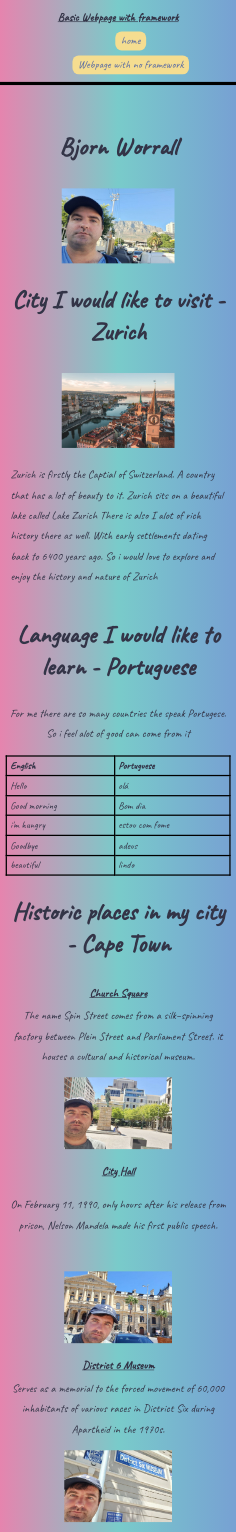
Repository: lasity34/basic-webpage
Page: my - webpage - grid.html
An editor plug-in stored every save of this project. The page is shown before and after the next save, followed by the edit.
The browser window is 375 px wide. The pictures show the whole page, at 63% of full size.

Above is the page before, as saved 2023-03-09 14:32:05.

### my - webpage - grid.html
<!DOCTYPE html>
<html lang="en">
  <link rel="stylesheet" type="text/css" href="simple-grid.css" />
  <!-- <link rel="stylesheet" type="text/css" href="styles.css" /> -->
  <link rel="preconnect" href="https://fonts.googleapis.com" />
  <link rel="preconnect" href="https://fonts.gstatic.com" crossorigin />
  <link
    href="https://fonts.googleapis.com/css2?family=Caveat&display=swap"
    rel="stylesheet"
  />

  <head>
    <meta charset="UTF-8" />
    <meta http-equiv="X-UA-Compatible" content="IE=edge" />
    <meta name="viewport" content="width=device-width, initial-scale=1.0" />
    <title>Bjorns Profile Reponsive</title>
  </head>
  <body>
    <header>
      <nav id="nav_profile">
        <h4>Basic Webpage with framework</h4>
        <ul>
          <li><a href="./index.html">home</a></li>
          <li><a href="./my - webpage.html">Webpage with no framework</a></li>
        </ul>
      </nav>
    </header>
    <main>
      <div class="container">
        <section class="row profile_section">
          <div class="col-6">
            <h1 id="profile_name">Bjorn Worrall</h1>
          </div>
          <img
            class="col-5 "
            id="profile_img"
            src="./images/profile.jpg"
            alt="A picture of me with table Mountain at the back"
          />
        </section>
        <section class="row">
          <h1>City I would like to visit - Zurich</h1>
          <div id="city_container">
            <img src="./images/zurich.jpg" class="col-5" />
            <p class="col-5">
              Zurich is firstly the Captial of Switzerland. A country that has a
              lot of beauty to it. Zurich sits on a beautiful lake called Lake
              Zurich There is also I alot of rich history there as well. With
              early settlements dating back to 6400 years ago. So i would love
              to explore and enjoy the history and nature of Zurich
            </p>
          </div>
        </section>
        <section id="language">
          <h1>Language I would like to learn - Portuguese</h1>
          <p>
            For me there are so many countries the speak Portugese. So i feel
            alot of good can come from it
          </p>

          <table>
            <tr>
              <th>English</th>
              <th>Portuguese</th>
            </tr>
            <tr>
              <td>Hello</td>
              <td>olá</td>
            </tr>
            <tr>
              <td>Good morning</td>
              <td>Bom dia</td>
            </tr>
            <tr>
              <td>i'm hungry</td>
              <td>estou com fome</td>
            </tr>
            <tr>
              <td>Goodbye</td>
              <td>adeus</td>
            </tr>
            <tr>
              <td>beautiful</td>
              <td>lindo</td>
            </tr>
          </table>
        </section>

        <!-- historic places -->

        <section class="row">
          <h1>Historic places in my city - Cape Town</h1>
          <div class="col-4">
            <h4>Church Square</h4>
            <div class="align">
              <p class="col-6-sm col-6">
                The name Spin Street comes from a silk–spinning factory between
                Plein Street and Parliament Street. it houses a cultural and
                historical museum.
              </p>
              <img class="col-6-sm col-6" src="./images/church_square.jpg" />
            </div>
          </div>
          <div class="col-4">
            <h4>City Hall</h4>
            <div class="align">
              <img class="col-6-sm col-6" src="./images/city_hall.jpg" />
              <div class="col-6-sm col-6" id="places_info_hall">
                <p>
                  On February 11, 1990, only hours after his release from
                  prison, Nelson Mandela made his first public speech.
                </p>
              </div>
            </div>
          </div>
          <div class="col-4">
            <h4>District 6 Museum</h4>
            <div class="align">
              <p class="col-6-sm col-6">
                Serves as a memorial to the forced movement of 60,000
                inhabitants of various races in District Six during Apartheid in
                the 1970s.
              </p>
              <img class="col-6-sm col-6" src="./images/district_6.jpg" />
            </div>
          </div>
        </section>
      </div>
    </main>
  </body>
</html>

### simple-grid.css
/**
*** SIMPLE GRID
*** (C) ZACH COLE 2016
**/

@import url(https://fonts.googleapis.com/css?family=Lato:400,300,300italic,400italic,700,700italic);

/* UNIVERSAL */

html,
body {
  height: 100%;
  width: 100%;
  margin: 0;
  padding: 0;
  left: 0;
  top: 0;
  font-size: 100%;
  background: #77a1d3; /* fallback for old browsers */
  background: -webkit-linear-gradient(
    to right,
    #e684ae,
    #79cbca,
    #77a1d3
  ); /* Chrome 10-25, Safari 5.1-6 */
  background: linear-gradient(
    to right,
    #e684ae,
    #79cbca,
    #77a1d3
  ); /* W3C, IE 10+/ Edge, Firefox 16+, Chrome 26+, Opera 12+, Safari 7+ */
}

/* ROOT FONT STYLES */

/* TYPOGRAPHY */

h1 {
  font-size: 2.5rem;
}

h2 {
  font-size: 2rem;
}

h3 {
  font-size: 1.375rem;
}

h4 {
  font-size: 1.125rem;
  text-align: left;
  margin: 0;
  text-decoration: underline;
}

h5 {
  font-size: 1rem;
}

h6 {
  font-size: 0.875rem;
}

p {
  font-size: 1.125rem;
  font-weight: 200;
  line-height: 1.8;
}

.font-light {
  font-weight: 300;
}

.font-regular {
  font-weight: 400;
}

.font-heavy {
  font-weight: 700;
}

/* POSITIONING */

.left {
  text-align: left;
}

.right {
  text-align: right;
}

.center {
  text-align: center;
  margin-left: auto;
  margin-right: auto;
}

.justify {
  text-align: justify;
}

/* ==== GRID SYSTEM ==== */

.container {
  width: 100%;
  margin-left: auto;
  margin-right: auto;
}

.row {
  position: relative;
  width: 100%;
}

.row [class^="col"] {
  float: left;
  margin: 0.5em 2%;
  min-height: 0.125rem;
}

.history_height {
  height: 30vh;
}

.col-1,
.col-2,
.col-3,
.col-4,
.col-5,
.col-6,
.col-7,
.col-8,
.col-9,
.col-10,
.col-11,
.col-12 {
  width: 96%;
}

.col-1-sm {
  width: 4.33%;
}

.col-2-sm {
  width: 12.66%;
}

.col-3-sm {
  width: 21%;
}

.col-4-sm {
  width: 29.33%;
}

.col-5-sm {
  width: 37.66%;
}

.col-6-sm {
  width: 46%;
}

.col-7-sm {
  width: 54.33%;
}

.col-8-sm {
  width: 62.66%;
}

.col-9-sm {
  width: 71%;
}

.col-10-sm {
  width: 79.33%;
}

.col-11-sm {
  width: 87.66%;
}

.col-12-sm {
  width: 96%;
}

.row::after {
  content: "";
  display: table;
  clear: both;
}

.hidden-sm {
  display: none;
}

@media only screen and (min-width: 45em) {
  /* 720px */
  .col-1 {
    width: 4.33%;
  }

  .col-2 {
    width: 12.66%;
  }

  .col-3 {
    width: 21%;
  }

  .col-4 {
    width: 29.33%;
  }

  .col-5 {
    width: 37.66%;
  }

  .col-6 {
    width: 46%;
  }

  .col-7 {
    width: 54.33%;
  }

  .col-8 {
    width: 62.66%;
  }

  .col-9 {
    width: 71%;
  }

  .col-10 {
    width: 79.33%;
  }

  .col-11 {
    width: 87.66%;
  }

  .col-12 {
    width: 96%;
  }

  .hidden-sm {
    display: block;
  }
}

@media only screen and (min-width: 60em) {
  /* 960px */
  .container {
    width: 95%;
    max-width: 90rem;
  }
}

* {
  font-family: "Caveat", "Arial Narrow", Arial, sans-serif;
  color: #333447;
}

/* Nav bar */

#city_container p {
  text-align: left;
  padding: 0.5em;
}

header {
  border-bottom: 5px solid black;
  padding: 1em;
}

#nav_landing {
  height: 80vh;
  display: flex;
  justify-content: space-around;
  align-items: center;
}

#nav_landing ul {
  display: flex;
  justify-content: space-around;
  align-content: center;
  height: 13vh;
}

a:hover {
  background-color: black;
  color: green;
}

a:hover {
  color: green;
}

a {
  text-decoration: none;
  background-color: #f5dd90;
  color: #586ba4;
  width: 80%;
  padding: 0.2em 0.5em;
  margin: 1em 0.5em;
  font-size: 1.5rem;
  border-radius: 10px;
  height: 8vh;
}

li {
  list-style: none;
}

/* global */

main {
  max-width: 95%;
  margin: 2rem auto;
  text-align: center;
}

/* profile */

.profile_section {
  display: flex;
  flex-direction: column;
  text-align: center;
  justify-content: center;
}

#profile_name {
  align-items: center;
}

#profile_img {
  margin: 0 auto;
  width: 50%;
}



.align {
  display: flex;
  align-items: center;
}

.flex {
  display: flex;
}

table {
  margin: auto;
  border-collapse: collapse;
  border-spacing: 0;
}

td,
th {
  border: 2px solid black;
  padding: 0.3em;
  width: 1%;
  text-align: left;
}

/* 447px */

@media (max-width: 547px) {
  .align {
    text-align: center;
    flex-direction: column;
    align-content: center;
  }

  #profile_name {
    width: 100%;
    text-align: center;
  }

  #city_container {
    display: flex;
    flex-direction: column;
    align-items: center;
  }

  .align img {
    width:50%;
  }

 #city_container img{
  width: 50%;
 }

  #places_info_hall {
    order: -1;
    padding-left: 0;
  }

  .places_info,
  #places_info_hall {
    margin-bottom: 2em;
  }

  .col-5-sm,
  .col-6-sm {
    width: 100%;
  }

  h4 {
    text-align: center;
  }
}

@media (max-width: 719px) {
  #nav_profile ul {
    display: block;
    margin: 0 auto;
  }

  #nav_profile li {
    margin-top: 1em;
    text-align: center;
  }

  #nav_profile a {
    font-size: 1.1rem;
  }

  #nav_profile h4 {
    text-align: center;
  }
}

/* max-width 800px */

@media (max-width: 800px) {
  .history_container {
    margin-bottom: 1em;
  }

  .col-6-sm {
    margin: 0.5em;
  }
}

@media (min-width: 720px) {
  #places_info_hall {
    order: -1;
  }



  #profile_name {
    text-align: center;
  }

  .profile_section {
    flex-direction: row;
    align-items: center;
  }

  #nav_profile ul {
    display: flex;
  }

  #nav_profile {
    display: flex;
    align-items: center;
  }

  .align {
    height: 35vh;
    align-items: flex-start;
  }
}

After the next save:
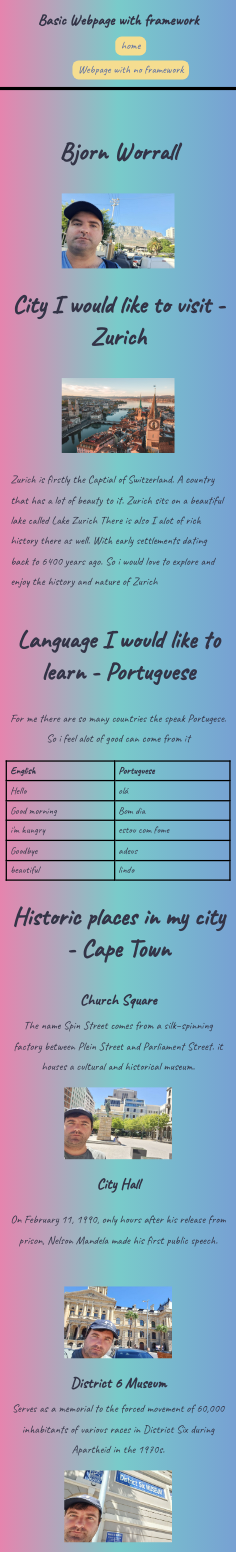
Saved 104 s later.
--- a/simple-grid.css
+++ b/simple-grid.css
@@ -411,6 +411,8 @@ th {
 
   h4 {
     text-align: center;
+    font-size: 1.5rem;
+    text-decoration: none;
   }
 }
 
